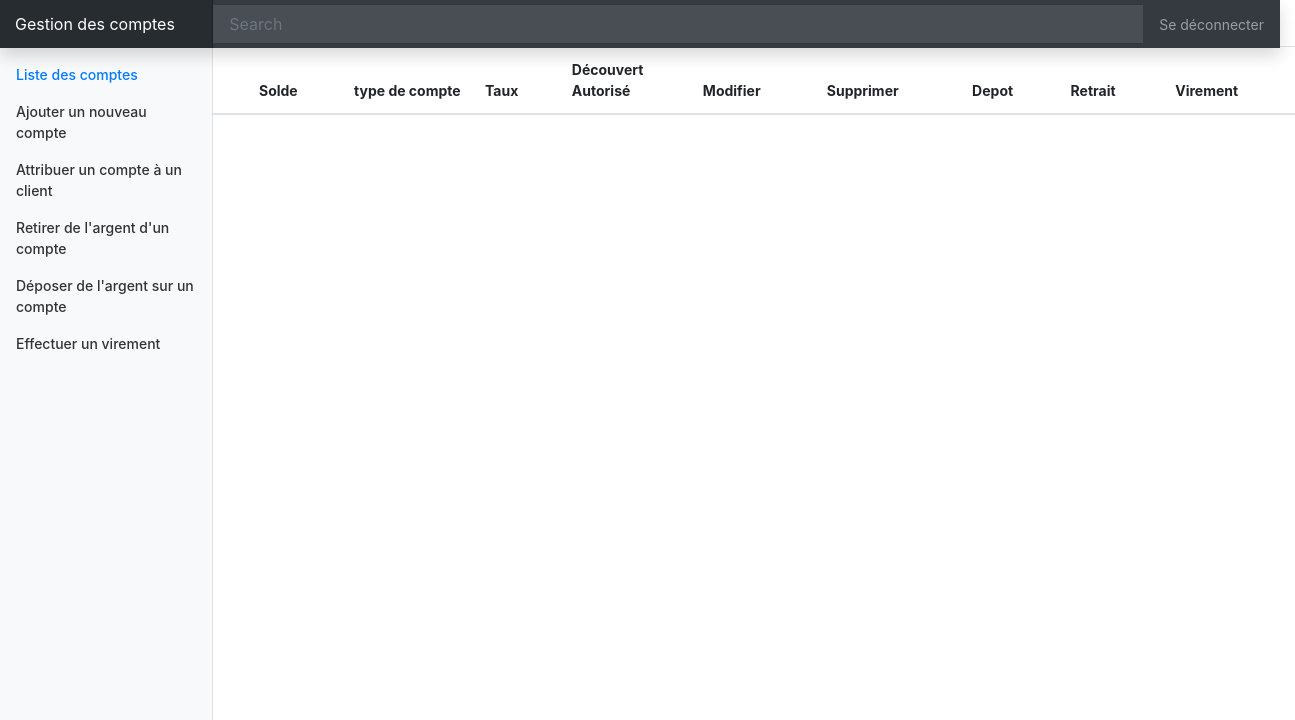
Repository: liiiseee/Projet
Page: http://localhost/02_projet_gestion_clients_compte/menu-comptes.jsp
The author's editor kept a copy of each file at every save. The page is drawn from the files as they stood at one save, then again after the next save.
The browser window is 1280 px wide. The page is 1295 px wide, so the pictures cover 1295 px, including what lies to the right of the window. The pictures show the whole page.
The page is served by Tomcat 9. Other server files are loaded and not shown. The template is opened directly, without the code that normally fills it, so the values that code supplies are empty.

Above is the page before, as saved 2020-03-30 15:02:22.

### 02_projet_gestion_clients_compte/WebContent/menu-comptes.jsp
<%@ page language="java" contentType="text/html; charset=ISO-8859-1"
    pageEncoding="ISO-8859-1"%>

<%@ taglib uri="http://java.sun.com/jsp/jstl/core" prefix="c"%>
<!DOCTYPE html>
<html>
<head>
<meta charset="ISO-8859-1">
<title>liste comptes</title>
<link href="assets/styles/bootstrap.min.css" rel="stylesheet" >

 <style>
      .bd-placeholder-img {
        font-size: 1.125rem;
        text-anchor: middle;
        -webkit-user-select: none;
        -moz-user-select: none;
        -ms-user-select: none;
        user-select: none;
      }

      @media (min-width: 768px) {
        .bd-placeholder-img-lg {
          font-size: 3.5rem;
        }
      }
    </style>
    <!-- Custom styles for this template -->
    <link href="assets/styles/dashboard.css" rel="stylesheet">
</head>
<body>

    <nav class="navbar navbar-dark fixed-top bg-dark flex-md-nowrap p-0 shadow">
  <a class="navbar-brand col-sm-3 col-md-2 mr-0" href="#">Gestion des comptes</a>
  <input class="form-control form-control-dark w-100" type="text" placeholder="Search" aria-label="Search">
  <ul class="navbar-nav px-3">
    <li class="nav-item text-nowrap">
      <a class="nav-link" href="authentification-servlet?destroy=true">Se déconnecter</a>
    </li>
  </ul>
</nav>

<div class="container-fluid">
  <div class="row">
    <nav class="col-md-2 d-none d-md-block bg-light sidebar">
      <div class="sidebar-sticky">
        <ul class="nav flex-column">
          <li class="nav-item">
            <a class="nav-link active" href="#">
              <span data-feather="home"></span>
              Liste des comptes <span class="sr-only">(current)</span>
            </a>
          </li>
          <li class="nav-item">
            <a class="nav-link" href="ajout-compte.jsp">
              <span data-feather="file"></span>
              Ajouter un nouveau compte
            </a>
          </li>
          <li class="nav-item">
            <a class="nav-link" href="attribuer-compte.jsp">
              <span data-feather="file"></span>
              Attribuer un compte à un client
            </a>
          </li>
         <li class="nav-item">
          <input type="hidden" name="action" value="liste"/>
            <a class="nav-link" href="menu-retrait.jsp">
              <span data-feather="shopping-cart"></span>
              Retirer de l'argent d'un compte
            </a>
          </li>

          <li class="nav-item">
          <input type="hidden" name="action" value="dep"/>
            <a class="nav-link" href="menu-depot.jsp">
              <span data-feather="users"></span>
             Déposer de l'argent sur un compte
            </a>
          </li>
          <li class="nav-item">
            <a class="nav-link" href="#">
              <span data-feather="bar-chart-2"></span>
              Effectuer un virement
            </a>
          </li>
          </ul>



      </div>
    </nav>
    </div>
    </div>





   <h2>Liste des comptes</h2>
   <div class="row">
     <div class="table-responsive" >
       <table  class="table table-striped">




          <thead>
            <tr>
              	<th style="width:10%;">ID</th>
              	<th style="width:10%;">Id du client</th>
	 			<th style="width:10px;">Solde</th>
	 			<th style="width:10%;">type de compte</th>
	 			<th style="width:10px;">Taux</th>
	 			<th style="width:10%;">Découvert Autorisé</th>
	 			<th style="width:10px;">Modifier</th>
	 			<th style="width:10px;">Supprimer</th>
	 			<th style="width:10px;">Depot</th>
	 			<th style="width:10px;">Retrait</th>
	 			<th style="width:10px;">Virement</th>

            </tr>
          </thead>
          <tbody>
            <c:forEach items="${liste_comptes}" var="compte">
	 			<tr>

	 				<td>${compte.idCompte }</td>
	 				<td> ${compte.clientID } </td>
	 				<td> ${compte.solde } </td>
	 				<td> ${compte.typeCompte } </td>
	 				<td> ${compte.taux } </td>
	 				<td> ${compte.decouvert } </td>
	 				<td>
	 					<a href="gestion-compte-servlet?action=modif&id-compte=${compte.idCompte}">modifier</a>
	 				</td>


	 				<td>
	 					<a href="gestion-compte-servlet?action=supp&id-compte=${compte.idCompte}">supprimer</a>
	 				</td>

	 				<td>
	 					<a href="gestion-compte-servlet?action=depot&id-compte=${compte.idCompte}">depot</a>
	 				</td>

	 				<td>
	 					<a href="gestion-compte-servlet?action=retrait&id-compte=${compte.idCompte}">retrait</a>
	 				</td>
	 				<td>
	 					<a href="gestion-compte-servlet?action=virement&id-compte=${compte.idCompte}">virement</a>
	 				</td>




	 				</tr>

            </c:forEach>


          </tbody>

        </table>

            </div>
        </div>



</body>
</html>

### 02_projet_gestion_clients_compte/WebContent/assets/styles/dashboard.css
@charset "ISO-8859-1";

body {
  font-size: .875rem;
}

.feather {
  width: 16px;
  height: 16px;
  vertical-align: text-bottom;
}

/*
 * Sidebar
 */

.sidebar {
  position: fixed;
  top: 0;
  bottom: 0;
  left: 0;
  z-index: 100; /* Behind the navbar */
  padding: 48px 0 0; /* Height of navbar */
  box-shadow: inset -1px 0 0 rgba(0, 0, 0, .1);
}

.sidebar-sticky {
  position: relative;
  top: 0;
  height: calc(100vh - 48px);
  padding-top: .5rem;
  overflow-x: hidden;
  overflow-y: auto; /* Scrollable contents if viewport is shorter than content. */
}

@supports ((position: -webkit-sticky) or (position: sticky)) {
  .sidebar-sticky {
    position: -webkit-sticky;
    position: sticky;
  }
}

.sidebar .nav-link {
  font-weight: 500;
  color: #333;
}

.sidebar .nav-link .feather {
  margin-right: 4px;
  color: #999;
}

.sidebar .nav-link.active {
  color: #007bff;
}

.sidebar .nav-link:hover .feather,
.sidebar .nav-link.active .feather {
  color: inherit;
}

.sidebar-heading {
  font-size: .75rem;
  text-transform: uppercase;
}

/*
 * Content
 */

[role="main"] {
  padding-top: 133px; /* Space for fixed navbar */
}

@media (min-width: 768px) {
  [role="main"] {
    padding-top: 48px; /* Space for fixed navbar */
  }
}

/*
 * Navbar
 */

.navbar-brand {
  padding-top: .75rem;
  padding-bottom: .75rem;
  font-size: 1rem;
  background-color: rgba(0, 0, 0, .25);
  box-shadow: inset -1px 0 0 rgba(0, 0, 0, .25);
}

.navbar .form-control {
  padding: .75rem 1rem;
  border-width: 0;
  border-radius: 0;
}

.form-control-dark {
  color: #fff;
  background-color: rgba(255, 255, 255, .1);
  border-color: rgba(255, 255, 255, .1);
}

.form-control-dark:focus {
  border-color: transparent;
  box-shadow: 0 0 0 3px rgba(255, 255, 255, .25);
}

Loaded but not shown: 02_projet_gestion_clients_compte/WebContent/assets/styles/bootstrap.min.css (library)

After the next save:
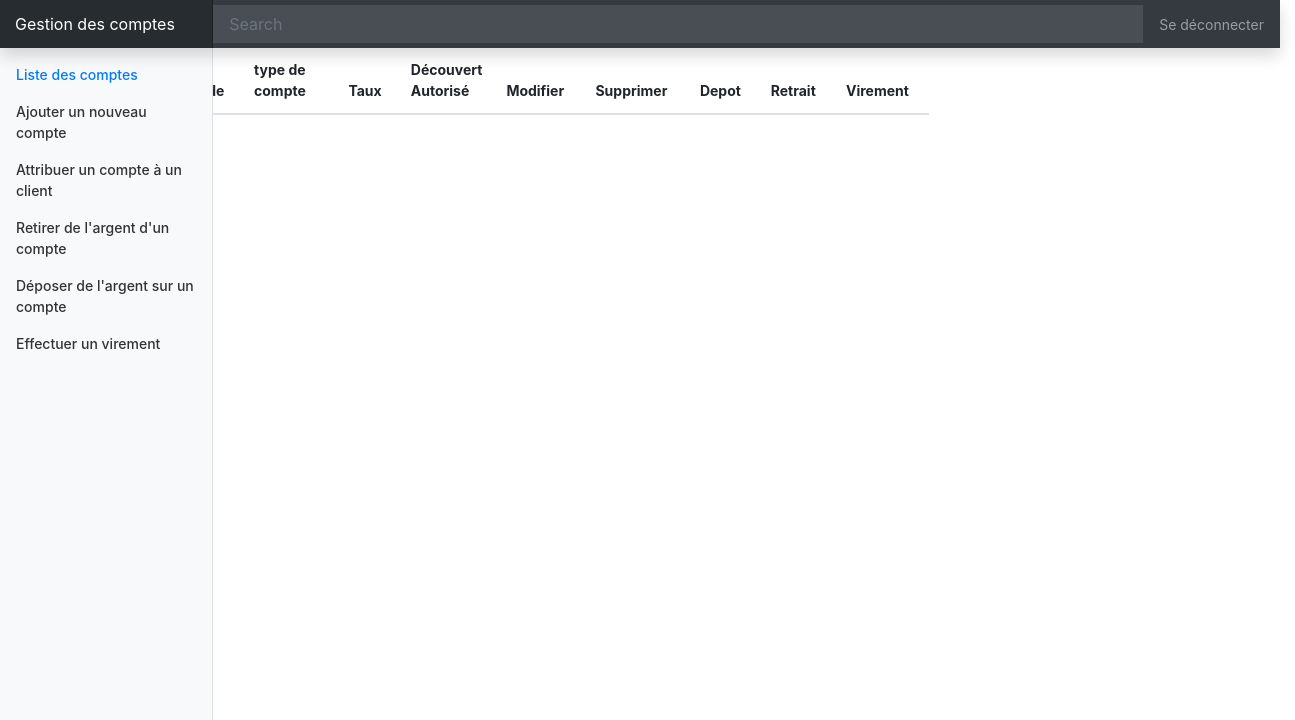
Saved 59 s later.
--- a/02_projet_gestion_clients_compte/WebContent/menu-comptes.jsp
+++ b/02_projet_gestion_clients_compte/WebContent/menu-comptes.jsp
@@ -99,7 +99,7 @@
 
    <h2>Liste des comptes</h2>
    <div class="row">
-     <div class="table-responsive" >
+     <div>
        <table  class="table table-striped">
 
 

After the save that followed:
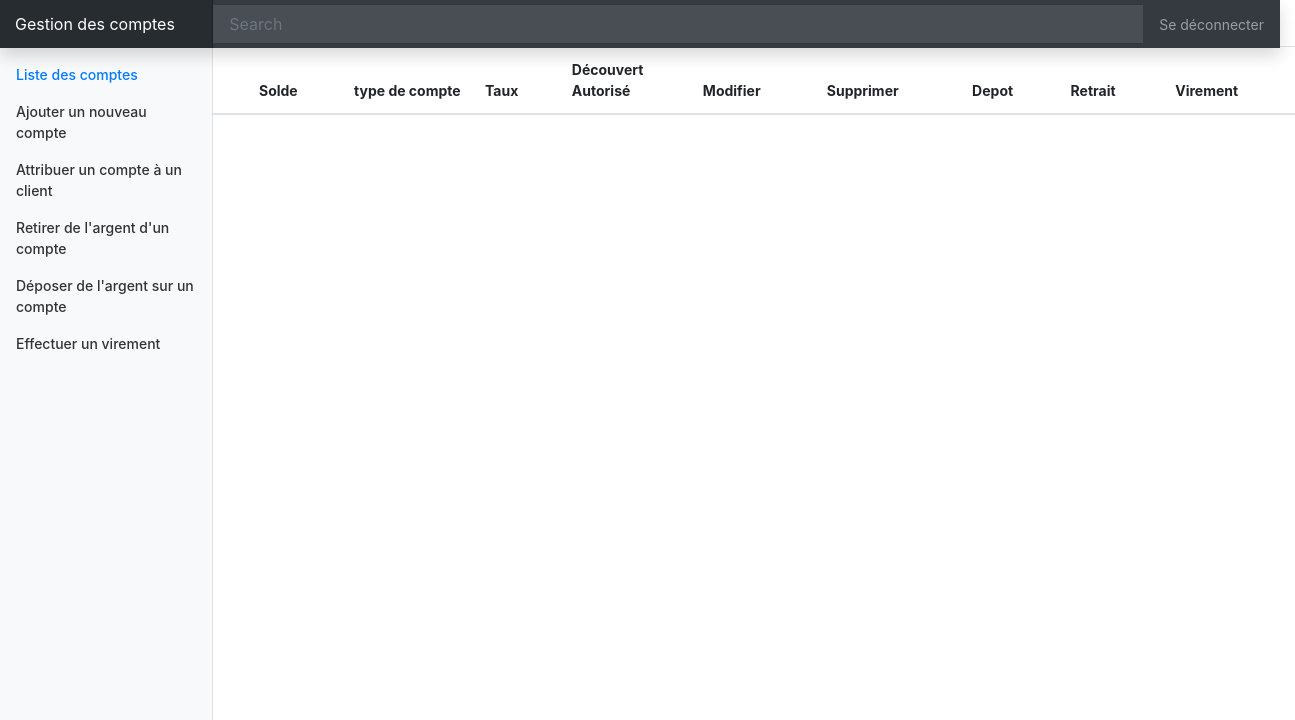
Saved 2 min 10 s later.
--- a/02_projet_gestion_clients_compte/WebContent/menu-comptes.jsp
+++ b/02_projet_gestion_clients_compte/WebContent/menu-comptes.jsp
@@ -40,7 +40,7 @@
   </ul>
 </nav>
 
-<div class="container-fluid">
+<div class="container-fluid" style="width : 30px;">
   <div class="row">
     <nav class="col-md-2 d-none d-md-block bg-light sidebar">
       <div class="sidebar-sticky">
@@ -99,7 +99,7 @@
 
    <h2>Liste des comptes</h2>
    <div class="row">
-     <div>
+     <div class="table-responsive">
        <table  class="table table-striped">
 
 
